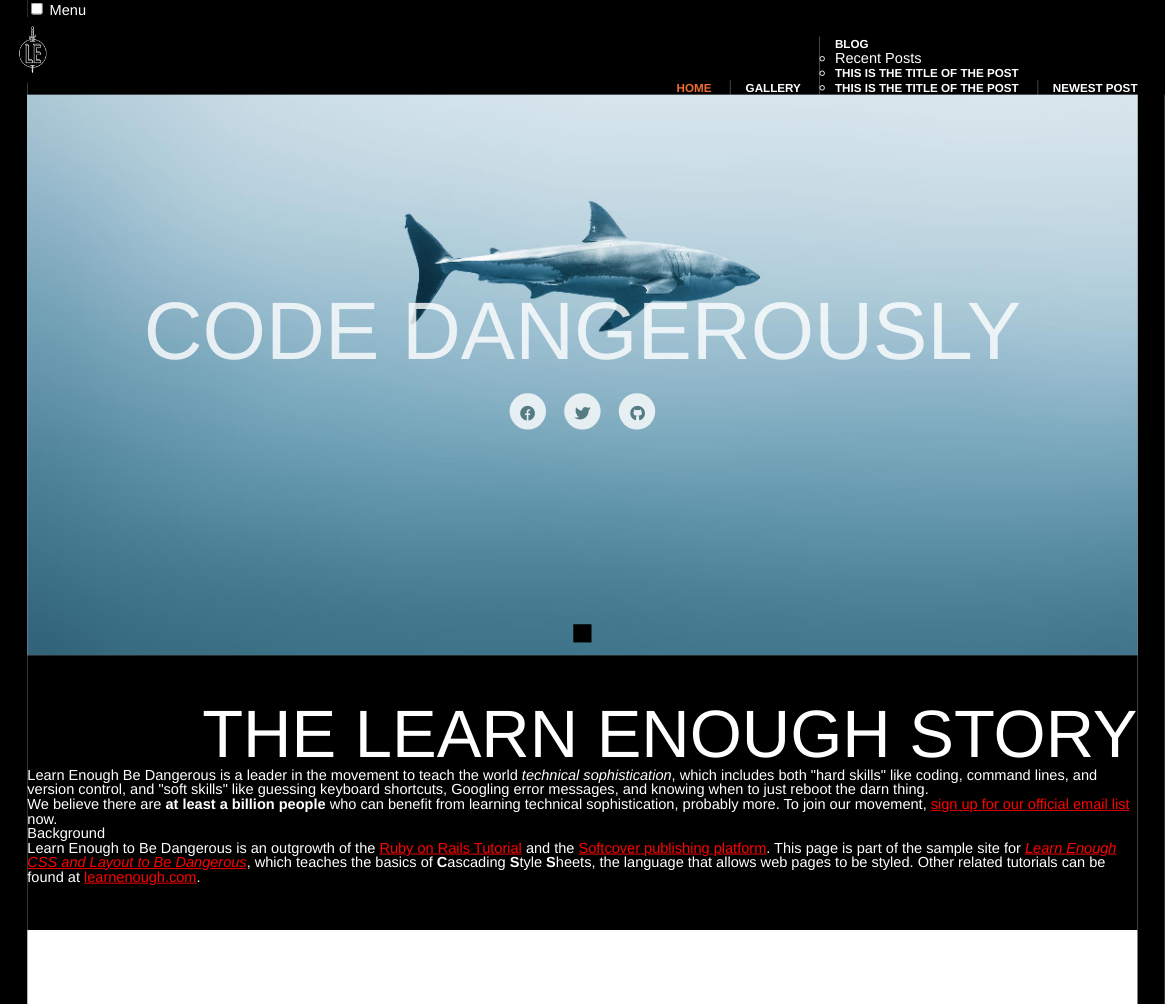
Repository: rvass/learn-enough-CSS
Page: _site/index.html
The author's editor kept a record of every edit. The page is drawn from the files as they stood at one moment, then again after the next edit.
The browser window is 1280 px wide. The pictures show the part of the page from y = 0 to 1103 px (the page is 2910 px tall before and 2679 px after), at 91% of full size.
A picture or video elsewhere on the page could not be fetched, so the positions and the page height are approximate.

Above is the page before.

After the next edit:
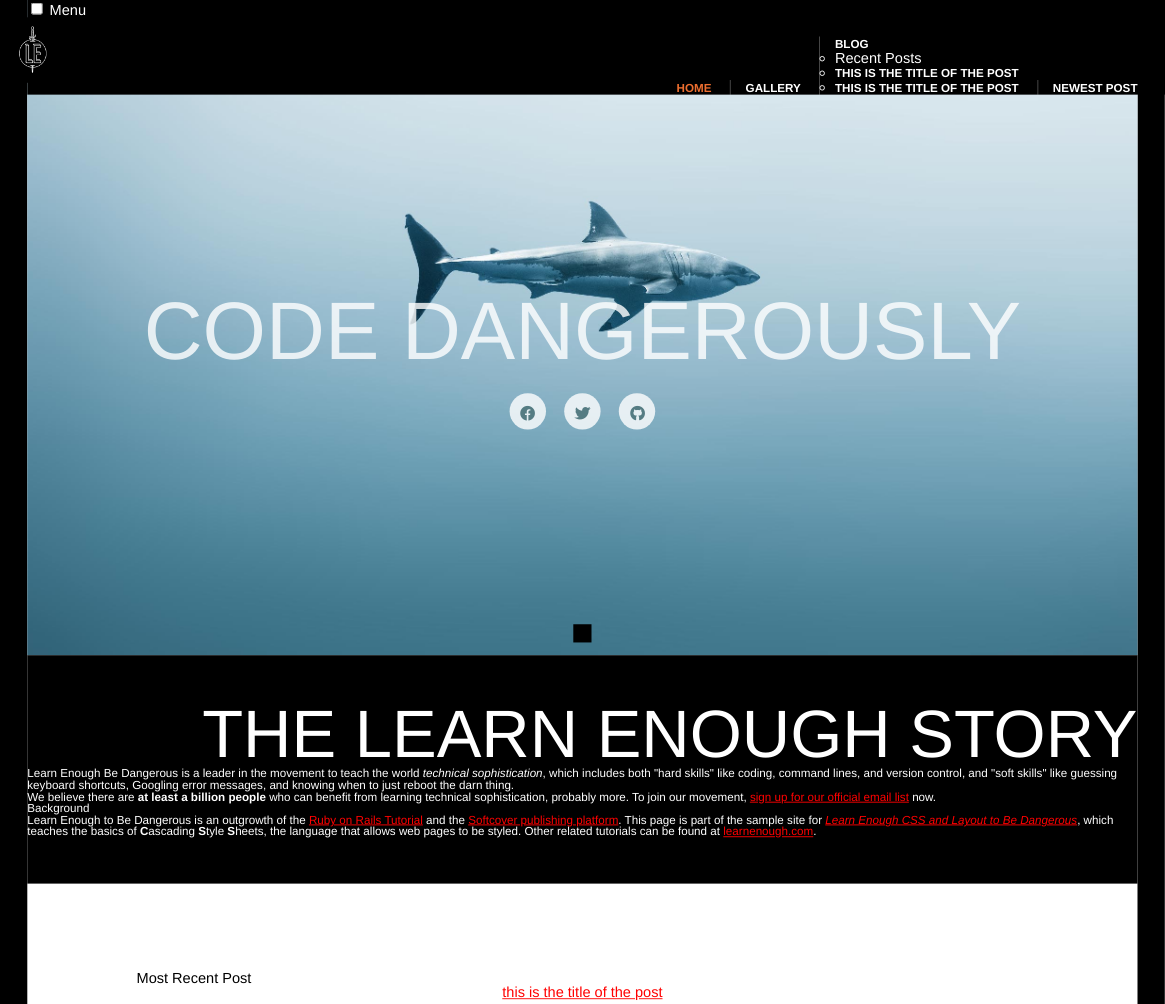
The edit:
--- a/css/main.css
+++ b/css/main.css
@@ -184,7 +184,10 @@
   text-align: right;
   text-transform: uppercase;
 }
-
+.callout-copy {
+  font-size: 0.8rem;
+}
+font-size: ]
 
 /*FOOTER STYLES*/
 .footer {
